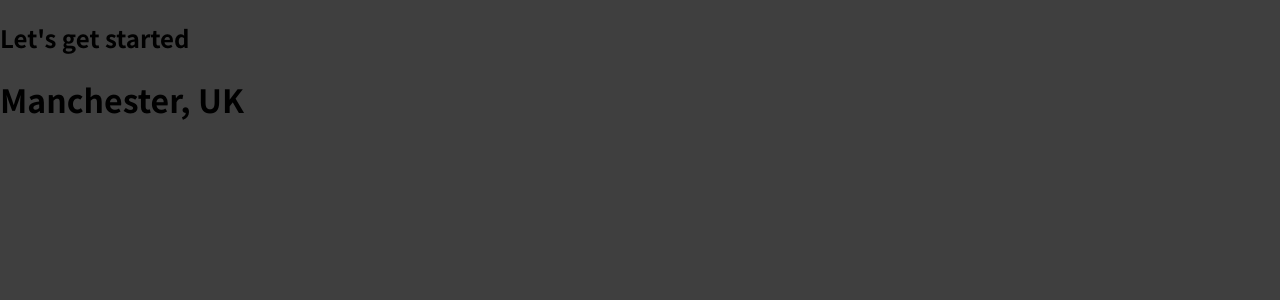
Repository: runner855/expense-tracker
Page: /
These files come from the project's save history. The page is drawn as it stood at one moment and after the next save; the edit follows.
The browser window is 1280 px wide. The pictures show the whole page.
The project was rebuilt for these pictures with package versions that can differ from the ones it lists, and the page was loaded fresh each time. Also part of the build but not shown: src/styles/ExpenseItem.css.

Above is the page before, as saved 2022-09-02 12:52:44.

After the next save:
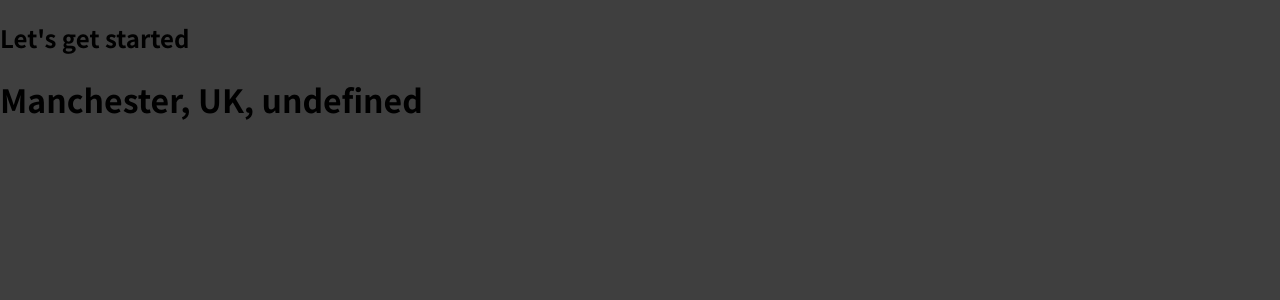
Saved 29 s later.
--- a/src/components/ExpenseItem.js
+++ b/src/components/ExpenseItem.js
@@ -4,9 +4,9 @@ import '../styles/ExpenseItem.css'
 
 const ExpenseItem = (props) => {
 
-  const { city, country } = props;
+  const { city, country, title } = props;
 
-  return <h1>{`${city}, ${country}`}</h1>;
+  return <h1>{`${city}, ${country}, ${title}`}</h1>;
 }
 
 export default ExpenseItem;
